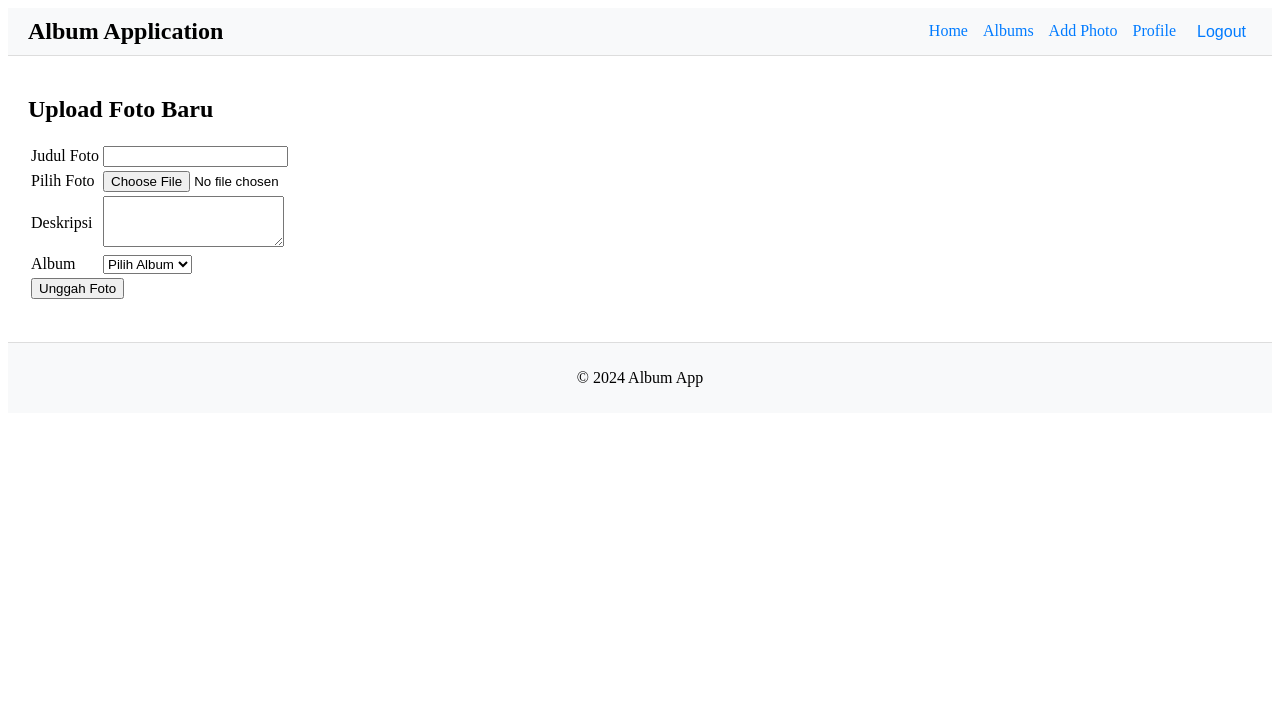
Repository: daffa-alif/snapgram
Page: http://localhost/photos/create
The author's editor kept a copy of each file at every save. The page is drawn from the files as they stood at one save, then again after the next save.
The browser window is 1280 px wide. The pictures show the whole page.
The page is served by the project's Laravel application, run on PHP 8.4 with Laravel 12. A made-up administrator, Test User (test@example.com), is signed in. Queries for data that is not in the repository find no rows.

Above is the page before, as saved 2024-10-29 13:50:46.

After the next save:
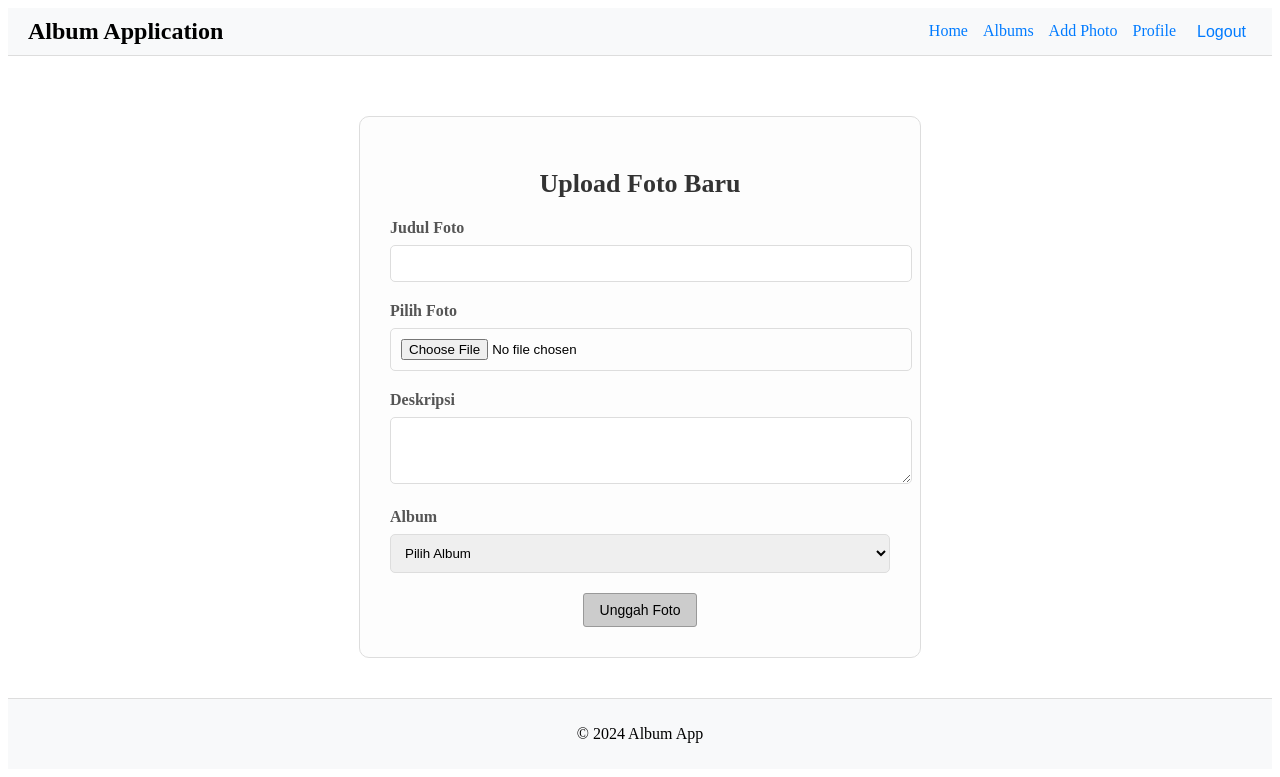
Saved 78 s later.
--- a/resources/views/photos/create.blade.php
+++ b/resources/views/photos/create.blade.php
@@ -1,36 +1,42 @@
 @extends('layouts.app')
 
 @section('content')
-<h2>Upload Foto Baru</h2>
-<form action="{{ route('photos.store') }}" method="POST" enctype="multipart/form-data">
-    @csrf
-    <table style="border: none;">
-        <tr>
-            <td><label for="judulFoto">Judul Foto</label></td>
-            <td><input type="text" name="judulFoto" required></td>
-        </tr>
-        <tr>
-            <td><label for="photo">Pilih Foto</label></td>
-            <td><input type="file" name="photo" required></td>
-        </tr>
-        <tr>
-            <td><label for="deskripsiFoto">Deskripsi</label></td> <!-- Corrected name to match the controller -->
-            <td><textarea name="deskripsiFoto" rows="3"></textarea></td> <!-- Changed to 'deskripsiFoto' -->
-        </tr>
-        <tr>
-            <td><label for="albumID">Album</label></td>
-            <td>
-                <select name="albumID" required>
-                    <option value="">Pilih Album</option>
-                    @foreach ($albums as $album)
-                        <option value="{{ $album->albumID }}">{{ $album->namaAlbum }}</option>
-                    @endforeach
-                </select>
-            </td>
-        </tr>
-        <tr>
-            <td colspan="2"><button type="submit">Unggah Foto</button></td>
-        </tr>
-    </table>
-</form>
+    <div style="display: flex; justify-content: center; margin-top: 40px;">
+        <div style="width: 100%; max-width: 500px; background-color: #fdfdfd; padding: 30px; border-radius: 10px; border: 1px solid #ddd;">
+            <h2 style="font-size: 26px; margin-bottom: 20px; text-align: center; color: #333;">Upload Foto Baru</h2>
+
+            <form action="{{ route('photos.store') }}" method="POST" enctype="multipart/form-data">
+                @csrf
+
+                <div style="margin-bottom: 20px;">
+                    <label for="judulFoto" style="display: block; font-weight: 600; margin-bottom: 8px; color: #555;">Judul Foto</label>
+                    <input type="text" name="judulFoto" required style="width: 100%; padding: 10px; border: 1px solid #ddd; border-radius: 5px;">
+                </div>
+
+                <div style="margin-bottom: 20px;">
+                    <label for="photo" style="display: block; font-weight: 600; margin-bottom: 8px; color: #555;">Pilih Foto</label>
+                    <input type="file" name="photo" required style="width: 100%; padding: 10px; border: 1px solid #ddd; border-radius: 5px;">
+                </div>
+
+                <div style="margin-bottom: 20px;">
+                    <label for="deskripsiFoto" style="display: block; font-weight: 600; margin-bottom: 8px; color: #555;">Deskripsi</label>
+                    <textarea name="deskripsiFoto" rows="3" style="width: 100%; padding: 10px; border: 1px solid #ddd; border-radius: 5px; resize: vertical;"></textarea>
+                </div>
+
+                <div style="margin-bottom: 20px;">
+                    <label for="albumID" style="display: block; font-weight: 600; margin-bottom: 8px; color: #555;">Album</label>
+                    <select name="albumID" required style="width: 100%; padding: 10px; border: 1px solid #ddd; border-radius: 5px;">
+                        <option value="">Pilih Album</option>
+                        @foreach ($albums as $album)
+                            <option value="{{ $album->albumID }}">{{ $album->namaAlbum }}</option>
+                        @endforeach
+                    </select>
+                </div>
+
+                <div style="text-align: center;">
+                    <button type="submit" style="padding: 8px 16px; font-size: 14px; background-color: #ccc; border: 1px solid #999; border-radius: 3px; cursor: pointer;">Unggah Foto</button>
+                </div>
+            </form>
+        </div>
+    </div>
 @endsection
